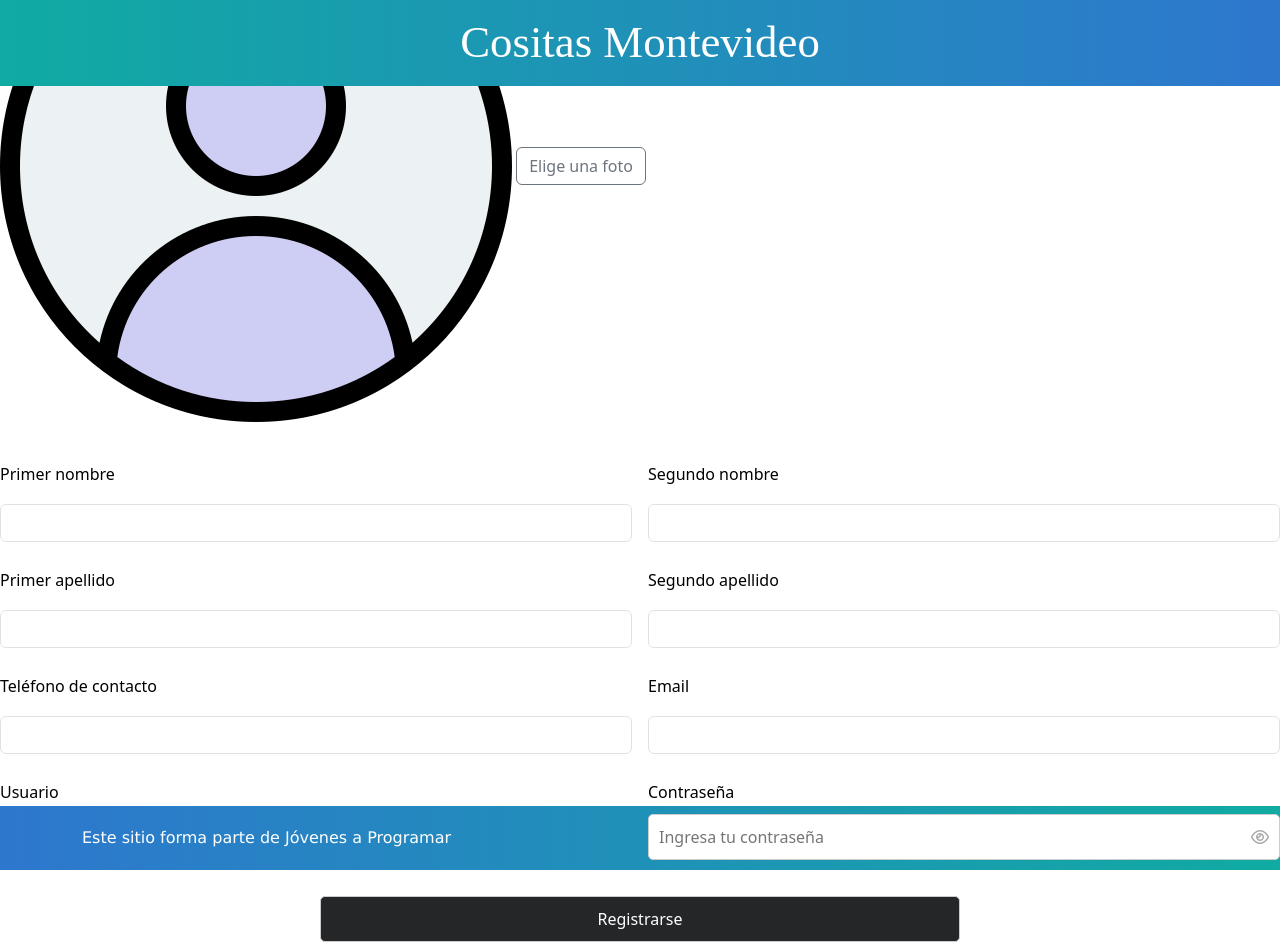
Repository: naticab/proyecto-dw
Page: registration.html
The author's editor kept a copy of each file at every save. The page is drawn from the files as they stood at one save, then again after the next save.
The browser window is 1280 px wide. The page is 1288 px wide, so the pictures cover 1288 px, including what lies to the right of the window. The pictures show the whole page.
Some web fonts or font styles are not loaded; a fallback is used.

Above is the page before, as saved 2024-10-22 21:52:19.

### registration.html
<!DOCTYPE html>
<html lang="es">

<head>
    <meta charset="UTF-8">
    <meta name="viewport" content="width=device-width, initial-scale=1, shrink-to-fit=no">
    <title>eMercado - Todo lo que busques está aquí</title>

    <link href="https://fonts.googleapis.com/css?family=Raleway:300,300i,400,400i,700,700i,900,900i" rel="stylesheet">
    <link href="css/bootstrap.min.css" rel="stylesheet">
    <link href="https://cdn.jsdelivr.net/npm/bootstrap@5.3.0/dist/css/bootstrap.min.css" rel="stylesheet">
    <link href="https://cdn.jsdelivr.net/npm/@fortawesome/fontawesome-free/css/all.min.css" rel="stylesheet">
    <link href="css/styles.css" rel="stylesheet" type="text/css">
    <link rel="stylesheet" href="css/login.css" type="text/css">
    <link href="css/header-and-footer.css" rel="stylesheet">
    <link href="https://fonts.googleapis.com/css2?family=Love+Ya+Like+A+Sister&display=swap" rel="stylesheet">
</head>

<body>

    <header>
        <div class="header-container">
            <h1>Cositas Montevideo</h1>
        </div>
    </header>


    <main>
        <div class="profile-container">
            <div class="profile-image">
                <img src="img/usuario.png" id="profilePic" alt="avatar">
                <input type="file" name="foto" id="foto" accept="image/*" style="display: none;" />
                <label for="foto" class="btn btn-outline-secondary">Elige una foto</label>
            </div>
            <form method="post" class="row g-3 mt-4" id="myForm">
                <div class="col-md-6">
                    <label for="nombre1" class="form-label">Primer nombre</label>
                    <input type="text" class="form-control" id="nombre1" name="nombre" required>
                    <div class="invalid-feedback">Debe ingresar un nombre.</div>
                </div>
                <div class="col-md-6">
                    <label for="nombre2" class="form-label">Segundo nombre</label>
                    <input type="text" class="form-control" id="nombre2" name="nombre2">
                </div>
                <div class="col-md-6">
                    <label for="apellido1" class="form-label">Primer apellido</label>
                    <input type="text" class="form-control" id="apellido1" name="apellido" required>
                    <div class="invalid-feedback">Debe ingresar un apellido.</div>
                </div>
                <div class="col-md-6">
                    <label for="apellido2" class="form-label">Segundo apellido</label>
                    <input type="text" class="form-control" id="apellido2" name="apellido2">
                </div>
                <div class="col-md-6">
                    <label for="telefono" class="form-label">Teléfono de contacto</label>
                    <input type="tel" class="form-control" id="telefono" name="telefono">
                </div>
                <div class="col-md-6">
                    <label for="email" class="form-label">Email</label>
                    <input type="email" class="form-control" id="email" name="email" required>
                    <div class="invalid-feedback">Debe ingresar un email.</div>
                </div>
                <div class="col-md-6">
                    <label for="username">Usuario</label>
                    <input type="text" id="username" name="username" placeholder="Ingresa tu usuario">
                </div>
                <div class="col-md-6">
                    <label for="password">Contraseña</label>
                    <div class="password-container">
                        <input type="password" id="password" name="password" placeholder="Ingresa tu contraseña">
                        <i class="far fa-eye" id="togglePassword"></i>
                    </div>
                </div>
                <div class="col-12 text-center">
                    <button type="submit" id="button">Registrarse</button>
                </div>
            </form>
        </div>
    </main>


    <footer class="text-center py-2">
        <div class="container">
            <div class="footer-content">
                <p class="footer-text">Este sitio forma parte de <a class="footer-link"
                        href="https://jovenesaprogramar.edu.uy/" target="_blank">Jóvenes a Programar</a></p>
                <p class="footer-link-end">
                    <a class="footer-link" href="#">Volver arriba</a>
                </p>
            </div>
        </div>
    </footer>
</body>

</html>

### css/styles.css
.jumbotron,
.card-body,
.container,
.site-header {
  font-family: 'Verdana', serif !important;
}

.row {
  color: black;
}

#login-heading {
  font-size: 2rem;
}

.jumbotron .display-4 {
  font-weight: bold;
}

h2 {
  font-size: 2rem;
}

nav a {
  text-decoration: none;
}

.bd-placeholder-img {
  font-size: 1.125rem;
  text-anchor: middle;
  -webkit-user-select: none;
  -moz-user-select: none;
  -ms-user-select: none;
  user-select: none;
}

@media (min-width: 768px) {
  .bd-placeholder-img-lg {
    font-size: 3.5rem;
  }
}

.jumbotron {
  height: 50vh;
  padding: 5em inherit;
  margin-bottom: 0;
  background-color: #53C0FB;
  background: url('../img/cover_back.png');
  background-size: cover;
  background-position: center;
  background-repeat: no-repeat;
  color: black;
  font-weight: bold;
}

@media (min-width: 768px) {
  .jumbotron {
    padding-top: 6rem;
    padding-bottom: 6rem;
  }
}

.jumbotron p:last-child {
  margin-bottom: 0;
}

.jumbotron-heading {
  font-weight: 300;
}

.jumbotron .container {
  max-width: 40rem;
  background-color: rgba(255, 255, 255, 0.5);
  border-radius: 10px;
  text-shadow: 1px 1px 2px grey;
}

.jumbotron .lead {
  font-size: 38px;
}

.dropzone {
  border: 2px dashed #0087F7;
  border-radius: 5px;
  background: white;
}

.img-fit {
  max-height: 100%;
}

.alert {
  position: fixed;
  top: 80px;
  width: 50%;
  left: 50%;
  transform: translate(-50%, 0);
}

.lds-ring {
  display: inline-block;
  position: relative;
  width: 64px;
  height: 64px;
  top: 50%;
  left: 50%;
}

.cursor-active {
  cursor: pointer;
}

.left {
  float: left;
  padding: 4px;
  background-color: rgba(255, 255, 255, 0.5);
}

.lds-ring div {
  box-sizing: border-box;
  display: block;
  position: absolute;
  width: 51px;
  height: 51px;
  margin: 6px;
  border: 6px solid #fff;
  border-radius: 50%;
  animation: lds-ring 1.2s cubic-bezier(0.5, 0, 0.5, 1) infinite;
  border-color: #fff transparent transparent transparent;
}

.lds-ring div:nth-child(1) {
  animation-delay: -0.45s;
}

.lds-ring div:nth-child(2) {
  animation-delay: -0.3s;
}

.lds-ring div:nth-child(3) {
  animation-delay: -0.15s;
}

@keyframes lds-ring {
  0% {
    transform: rotate(0deg);
  }

  100% {
    transform: rotate(360deg);
  }
}

.signin {
  width: 100%;
  max-width: 330px;
  padding: 15px;
  margin: auto;
}

#spinner-wrapper {
  position: fixed;
  background-color: rgba(0, 0, 0, 0.5);
  width: 100%;
  height: 100%;
  top: 0;
  left: 0;
  z-index: 1021;
  display: none;
}

main {
  min-height: calc(100vh - 210px);
}

a.custom-card,
a.custom-card:hover {
  color: inherit;
  text-decoration: inherit;
}

.checked {
  color: orange;
}

### css/login.css
body {
    display: flex;
    flex-direction: column;
    height: 100vh; /* Asegura que el body ocupe toda la altura de la ventana */
    margin: 0;
    padding: 0;
}

main {
    display: flex;
    justify-content: center;
    align-items: center;
}


.login-container {
    width: 30em;
    text-align: center;
}

input, button {
    width: 100%;
    padding: 10px;
    margin: 10px 0;
    border-radius: 5px;
    border: 1px solid #ccc;
}

button {
    width: 50%;
    background-color: #252628;
    color: white;
    cursor: pointer;
}

button:hover {
    background-color: #3f3f3f;
}


.password-container {
    position: relative;
}

.password-container i {
    position: absolute;
    right: 10px;
    top: 50%;
    transform: translateY(-50%);
    cursor: pointer;
    color: #aaa;
}


header {
    background: #121219;
    color: #fff;
    width: 100%;
    display: flex;
    justify-content: center;
    align-items: center;
    padding: 1rem 0;
    box-sizing: border-box; /* Asegúrate de que el padding no afecte el ancho total */
    margin: 0;
}

.header-container {
    width: 100%;
    text-align: center;
}

h1 {
    font-family: "Love Ya Like A Sister", cursive;
    margin: 0;
}



@media (max-width: 768px) {
    .login-container {
        width: 25em;
    }
}

@media (max-width: 576px) {

    body {
        background-color: #AAA8A4;
    }

    .login-container {
        width: 20em;
        padding: 15px;
    }

    button {
        width: 50%;
    }

    input {
        margin: 5px 0;
    }

    footer {
        visibility: hidden;
    }
}

### css/header-and-footer.css
header {
    background: linear-gradient(to right, #10ABA2, #2E77CE);
    color: #fff;
    position: relative;
}

h1 {
    font-family: "Love Ya Like A Sister", cursive;
    font-size: 2.8rem;
}

a#inicio {
    color: #f1f1f1;
    text-decoration: none;
}

a#inicio:hover {
    color: white;
    transition: color 0.3s, text-shadow 0.3s;
}

.subtitulos-header {
    font-size: 1.2rem;
}

a.nav-link {
    color: #f1f1f1;
}

a.nav-link:hover {
    color: #9b9a9b;
    transition: color 0.3s, text-shadow 0.3s;
    transform: scale(1.05);
}

/* Espaciado entre los elementos del menú */
.navbar-nav .nav-item {
    margin-right: 40px;
}

.navbar-nav .nav-item:last-child {
    margin-right: 0;
    /* Quitar margen derecho al último elemento */
}

#user-name.nav-link {
    color: #f1f1f1;
}

#user-name.nav-link:hover {
    color: #9b9a9b;
    transform: scale(1.05);
    transition: color 0.3s, text-shadow 0.3s;
}

.navbar-collapse {
    justify-content: flex-end;
}

.navbar-toggler:hover {
    cursor: pointer;
}


.user-avatar {
    border-radius: 50%;
    width: 50px;
    height: 50px;
}

.user-avatar:hover {
    transform: scale(1.10);
    transition: 0.3s;
}

.navbar-nav .dropdown-menu {
    background: linear-gradient(to right, #10ABA2, #2E77CE);
    border: none;
}

.navbar-nav .dropdown-menu:hover {
    cursor: pointer;
    color: #9b9a9b;
    transition: color 0.3s, text-shadow 0.3s;
}

.dropdown-toggle::after {
    display: none;
}

.navbar-nav .nav-link {
    display: flex;
    align-items: center;
    height: 100%;
    padding: 0.5rem 0;
}



/* Modo Claroscuro */

/* Modo Claro */
body.light-mode {
    background-color: #edf2f374;
}

body.light-mode .product-card:hover {
    box-shadow: 0 4px 8px #16161633;
    background-color: #bef3ff91;
    cursor: pointer;
}

body.light-mode .related-products:hover {
    box-shadow: #00000033;
    background-color: #bef3ff91;
    cursor: pointer;
}



/* Modo Oscuro */
body.dark-mode {
    background-color: #262729;
    color: rgb(208, 208, 208);
}

body.dark-mode .product-card:hover {
    box-shadow: 0 4px 8px #16161633;
    background-color: #bef3ff;
    cursor: pointer;
}

body.dark-mode .related-products:hover {
    box-shadow: #00000033;
    background-color: #bef3ff;
    cursor: pointer;
}

body.dark-mode .color-letters {
    color: white;
}


/* Palanca para activar el claroscuro */

#mode-toggle {
    border: none;
    outline: none;
    box-shadow: none;
}

#mode-toggle i {
    transition: color 0.3s;
    font-size: 1.2rem;
    cursor: pointer;
    color: #ffffff;
}

#mode-toggle:hover {
    background: none;
    transform: scale(1.05);
}

#mode-toggle:hover .fa-sun {
    color: #ffd700;
}

#mode-toggle:hover .fa-moon {
    color: #000000;
}



/* Cart */

#cart-button {
    border: none;
    outline: none;
    box-shadow: none;
    background-color: transparent;
}

#cart-button i {
    transition: color 0.3s;
    font-size: 1.2rem;
    color: #ffffff;
}

#cart-button i:hover {
    color: #9B9A9B;
    transform: scale(1.05);
}




@media (max-width: 995px) {

    .hamburger {
        display: flex;
        flex-direction: row;
        align-items: center;
        justify-content: space-between;
    }

    .navbar-toggler {
        position: relative;
        right: 0;
    }

    .navbar-collapse {
        display: none;
        position: absolute;
        top: 148%;
        left: -45px;
        width: 270%;
        z-index: 999;
        flex-direction: column-reverse;
        align-items: center;
        justify-content: center;
    }

    .navbar-collapse.show {
        display: flex;
    }

    .navbar-nav {
        background: linear-gradient(to right, #10ABA2, #2E77CE);
        color: #fff;
        padding: 1.5rem;
        border-radius: 0 0 100px 100px;
        font-weight: bold;
        text-align: center;
        display: flex;
        justify-content: center;
        /* Centra horizontalmente todos los li */
        align-items: center;
        /* Centra verticalmente los li */
        width: 100%;
    }

    .navbar-toggler-icon {
        background-image: url('data:[embedded picture, 238 characters]');
        filter: brightness(0) invert(1);
        /* Cambia el icono a blanco */
    }

    .navbar-toggler:focus {
        outline: none;
        box-shadow: none;
    }


    .navbar-nav:hover {
        cursor: pointer;
    }

    a.nav-link:hover {
        color: #9b9a9b;
        transition: color 0.3s, text-shadow 0.3s;
        transform: scale(1.05);
    }

    .navbar-nav .nav-item {
        margin: 10px 0;
    }
}


footer {
    background: linear-gradient(to right, #2E77CE, #10ABA2);
    color: #fff;
    min-height: 4rem;
    display: flex;
    justify-content: center;
    align-items: center;
    padding: 0 1rem;
}

.container {
    width: 100%;
}

.footer-content {
    display: flex;
    justify-content: space-between;
    width: 100%;
    align-items: center;
}

.footer-text {
    margin: 0;
    text-align: center;
}

.footer-link-end {
    margin: 0;
    text-align: right;
}

.footer-link {
    color: #fff;
    text-decoration: none;
}

.footer-link:hover {
    color: #9b9a9b;
    transition: color 0.3s, text-shadow 0.3s;
    transform: scale(1.05);
}


/* Menú desplegable del usuario */

@media (max-width: 995px) {
    .navbar-nav .dropdown-menu {
        width: auto;
        min-width: 150px;
        max-width: 200px;
        left: 0;
        right: auto;
        top: 100%;
        position: relative;
        z-index: 1000;
    }

    .dropdown-menu>li {
        padding: 0.05rem;

    }

    .dropdown-item {
        width: 100%;
        white-space: normal;
    }
}

main {
    min-height: 100vh;
    /* El contenido ocupará al menos el 100% de la altura de la ventana */
    padding-bottom: 30px;
    /* Da espacio suficiente para que el contenido no se superponga con el footer */
    box-sizing: border-box;
}

Loaded but not shown: css/bootstrap.min.css (library)

After the next save:
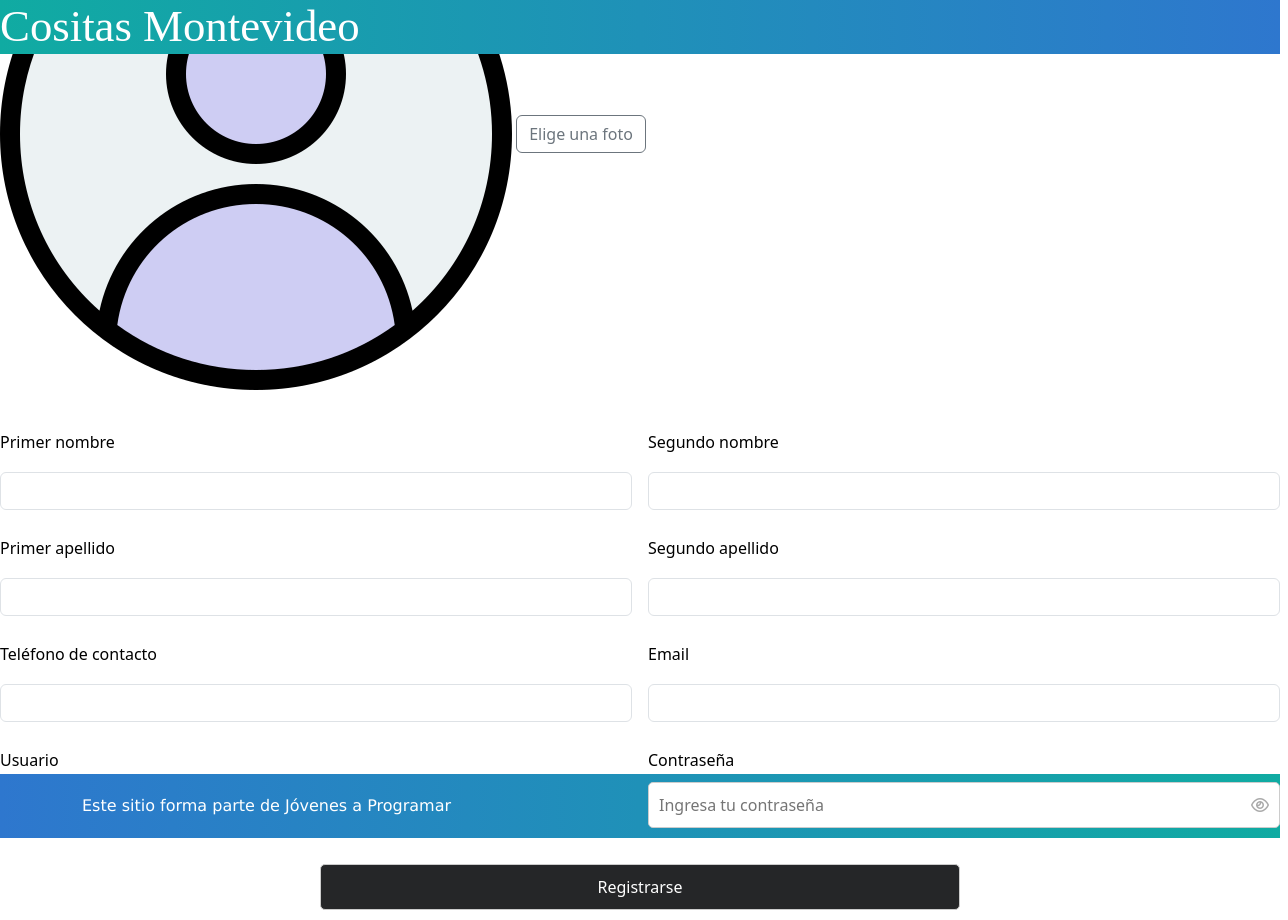
Saved 26 s later.
--- a/css/login.css
+++ b/css/login.css
@@ -52,22 +52,6 @@
 }
 
 
-header {
-    background: #121219;
-    color: #fff;
-    width: 100%;
-    display: flex;
-    justify-content: center;
-    align-items: center;
-    padding: 1rem 0;
-    box-sizing: border-box; /* Asegúrate de que el padding no afecte el ancho total */
-    margin: 0;
-}
-
-.header-container {
-    width: 100%;
-    text-align: center;
-}
 
 h1 {
     font-family: "Love Ya Like A Sister", cursive;

After the save that followed:
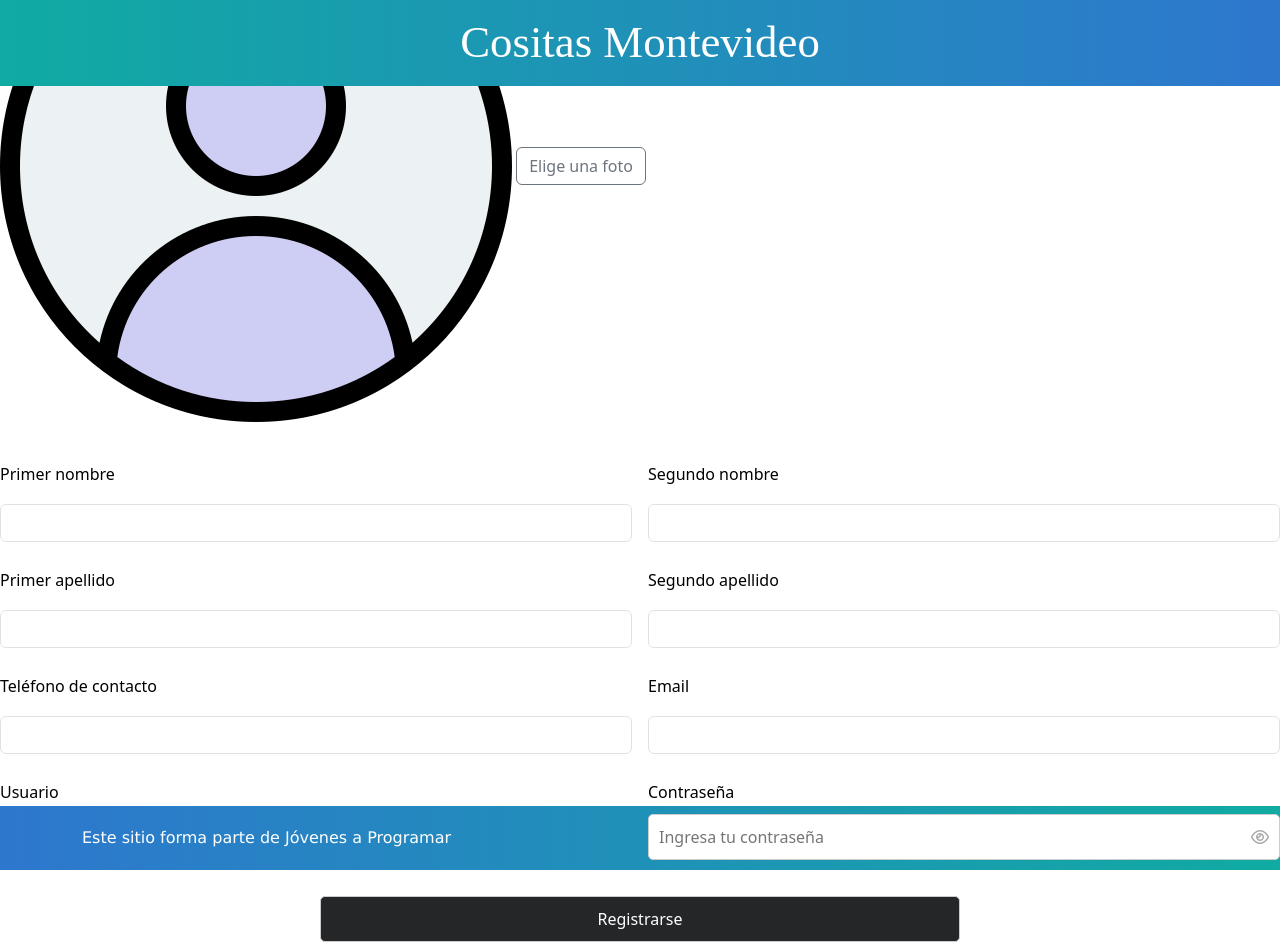
Saved 6 s later.
--- a/css/login.css
+++ b/css/login.css
@@ -52,6 +52,22 @@
 }
 
 
+header {
+    background: #121219;
+    color: #fff;
+    width: 100%;
+    display: flex;
+    justify-content: center;
+    align-items: center;
+    padding: 1rem 0;
+    box-sizing: border-box; /* Asegúrate de que el padding no afecte el ancho total */
+    margin: 0;
+}
+
+.header-container {
+    width: 100%;
+    text-align: center;
+}
 
 h1 {
     font-family: "Love Ya Like A Sister", cursive;
